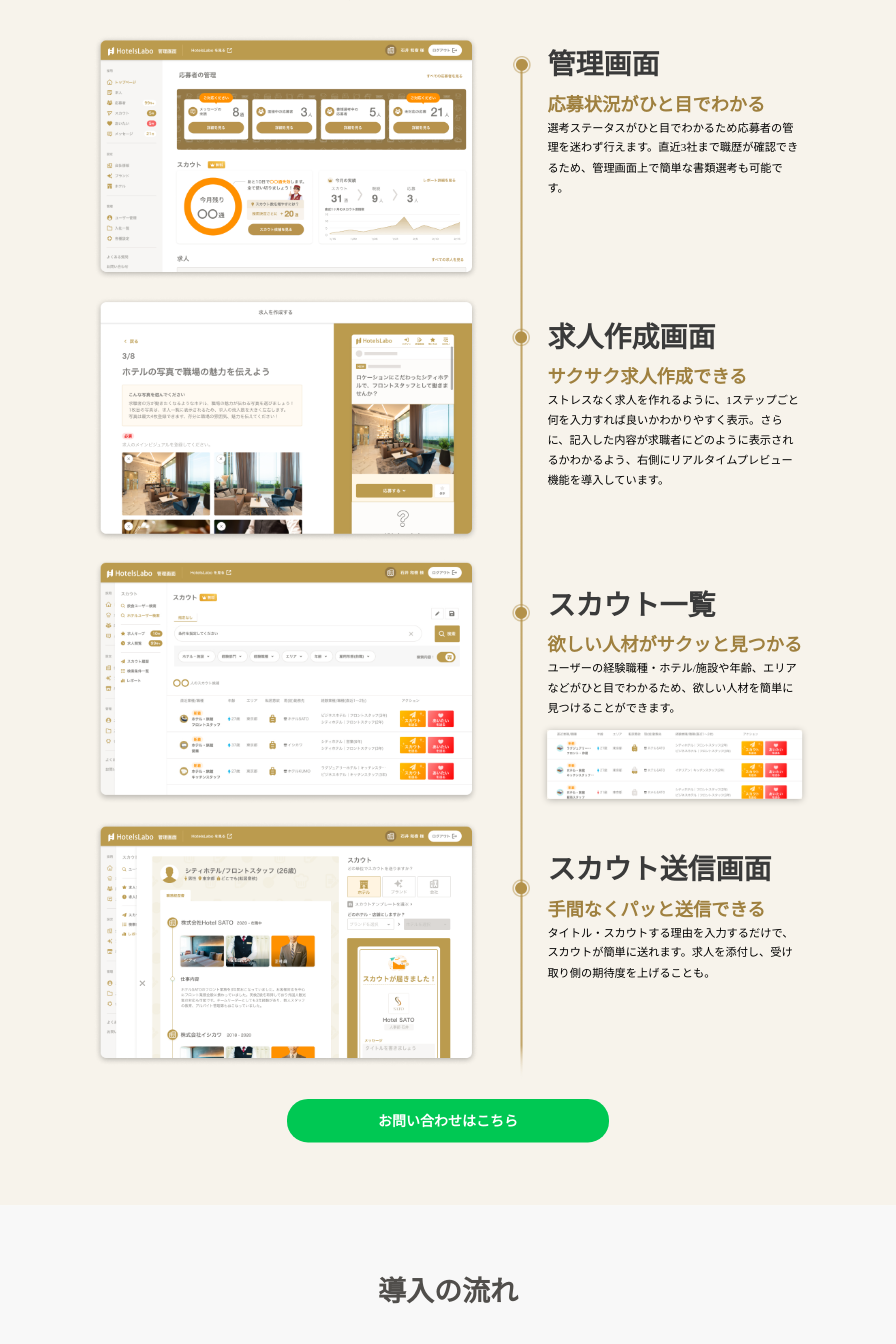
Repository: FujieRyou/to_b_lp
Page: index.html
An editor plug-in stored every save of this project. The page is shown before and after the next save, followed by the edit.
The browser window is 1280 px wide. The pictures show the part of the page from y = 4580 to 6500 px (the page is 7104 px tall before and 7064 px after), at 70% of full size.
A picture or video elsewhere on the page could not be fetched, so the positions and the page height are approximate.

Above is the page before, as saved 2024-03-08 15:46:15.
Not found: index.js

### index.html
<!DOCTYPE html>
<html lang="ja">
    <head>
        <meta charset="utf-8">
        <meta http-equiv="X-UA-Compatible" content="ie=edge">
        <meta name="viewport" content="width=device-width,initial-scale=1.0,minimum-scale=1.0">
        <meta name="format-detection" content="telephone=no">
        <meta name="keywords" content="">
        <meta name="description" content="ここに説明文を設定">
        <meta name="twitter:card" content="summary">
        <meta name="twitter:site" content="@twitteraccount">
        <meta property="og:site_name" content="サイト名">
        <meta property="og:title" content="サイトタイトル">
        <meta property="og:description" content="サイト説明文">
        <meta property="og:url" content="https://www.hogehoge.com">
        <meta property="og:image" content="https://www.hogehoge.com./hoge.jpg">
        <meta property="og:image:type" content="image/jpeg">
        <meta property="og:image:width" content="600">
        <meta property="og:image:height" content="400">
        <meta property="og:type" content="website">
        <title>ホテルズラボ｜ホテルの求人・旅館の転職情報</title>
        <link rel="stylesheet" href="ress.css">
        <link rel="stylesheet" href="style.css">
    </head>
    <body>
        <main>
            <section>
                <div class="firstViewWrap">
                    <div class="firstViewEffect">
                        <div class="contentWrap">
                            <div>
                                <header>
                                    <h1>
                                        <img src="img/ロゴ.svg" alt="ホテルズラボのロゴ" class="logo">
                                    </h1>
                                </header>
                                <img src="img/firstViewの葵さんとその他売り文句.png" alt="firstViewの葵さんとその他売り文句" class="firstViewMainImg">
                            </div>
                            <!-- form -->
                            <div>
                                <form action="" class="formWrap">
                                    <div class="formFlexStyle">
                                        <label for="companyName"><span>必須</span>会社名</label>
                                        <input type="text">
                                    </div>
                                    <div class="formFlexStyle">
                                        <label for="companyName"><span>必須</span>担当者名</label>
                                        <input type="text">
                                    </div>
                                    <div class="formFlexStyle">
                                        <label for="companyName"><span>必須</span>連絡先電話番号</label>
                                        <input type="text">
                                    </div>
                                    <div class="formFlexStyle">
                                        <label for="companyName"><span>必須</span>メールアドレス</label>
                                        <input type="text">
                                    </div>
                                    <div class="formFlexStyle">
                                        <label for="companyName"><span>任意</span>お問い合わせ内容</label>
                                        <textarea name="" id="" cols="30" rows="10"></textarea>
                                    </div>
                                    <p><a href="#">プライバシーポリシー</a>と<a href="#">利用規約</a>をお読みくださいませ。</p>
                                    <div class="consent">
                                        <input type="checkbox">
                                        <label for="">利用規約に同意する</label>
                                    </div>
                                    <button type="submit">問い合わせる</button>
                                </form>
                            </div>
                        </div>
                    </div>
                </div>
            </section>
            <!-- 動く会社のロゴ -->
            <section>
                <div>
                    <ul>
                        <li></li>
                    </ul>
                </div>
            </section>
            <section>
                <div class="specializedIntroductionWrap">
                    <h2><span>ホテル・旅館業界特化の</span><br>成果報酬型 採用DXプラットフォーム</h2>
                    <div class="featuresWrap">
                        <div class="featuresFlexWrap">
                            <img src="img/求人掲載.png" alt="求人掲載画像">
                            <img src="img/ダイレクトリクルーティング.png" alt="ダイレクトリクルーティング画像">
                            <img src="img/エージェントサポート.png" alt="エージェントサポート画像">
                        </div>
                    </div>
                </div>
            </section>
            <section>
                <div class="hotelsLabo4ReasonsWrap">
                    <h2><img src="img/ホテルズラボが選ばれる4つの理由.png" alt="ホテルズラボが選ばれる4つの理由"></h2>
                    <article>
                        <div class="reasonWrap">
                            <figure>
                                <img src="img/performanceReward.jpg" alt="成果報酬型グラフ">
                            </figure>
                            <div class="performanceRewardExplanationWrap">
                                <img src="img/reason1.png" alt="理由01/04">
                                <h3>成果報酬型で<br>かけ捨てリスクゼロな<br>採用</h3>
                                <p>採用までは0円なので、面接でじっくり自社に合う人材か見定められます。求人広告には手を出しにくかった企業様も気軽に採用活動を始められます。</p>
                            </div>
                        </div>
                    </article>
                    <article>
                        <div class="reasonWrap">
                            <figure>
                                <img src="img/JobCreation.png" alt="">
                            </figure>
                            <div class="performanceRewardExplanationWrap">
                                <img src="img/reason2.png" alt="理由02/04">
                                <h3>ホテル求人作り放題・<br>掲載期限も無制限</h3>
                                <p>好きなだけ求人を作成して、欲しいホテル人材へアピールできます。さらに、求人を作成する過程で会社・ブランド特設ページが出来上がり、会社・ブランド単位でのアピールも可能です。</p>
                            </div>
                        </div>
                    </article>
                    <article>
                        <div class="reasonWrap">
                            <figure>
                                <img src="img/scout.png" alt="">
                            </figure>
                            <div class="performanceRewardExplanationWrap">
                                <img src="img/reason3.png" alt="理由03/04">
                                <h3>スカウト無料！<br>ホテル人材に<br>アプローチができる</h3>
                                <p>採用したい人材の職種、働いていたホテル・施設を指定し無料でスカウトが送れます。採用したいホテル人材へダイレクトにアプローチすることができます。</p>
                                <img src="img/approachSmall.png" alt="スカウトアプローチの小さい方" class="approachSmall">
                            </div>
                        </div>
                    </article>
                    <article>
                        <div class="reasonWrap reason04">
                            <figure>
                                <img src="img/agentFemale.jpg" alt="">
                            </figure>
                            <div class="performanceRewardExplanationWrap">
                                <img src="img/reason4.png" alt="理由04/04">
                                <h3>エージェントサポートでマッチしたホテル人材をご紹介</h3>
                                <p>企業様が求人を作成し、採用活動をするのとは別に、弊社キャリアアドバイザーが募集要件にマッチした人材をご推薦することも可能です。エージェントサポートでは、面接の日程調整や条件交渉、入社までのサポートを行います。</p>
                            </div>
                        </div>
                    </article>
                    <button type="button"><a href="#">話を聞いてみる</a></button>
                </div>
            </section>
            <section>
                <div class="managementScreenWrap">
                    <h2><img src="img/managementScreenText.png" alt="とにかく使いやすい管理画面"></h2>
                    <p>直感的に操作できる仕様で、採用媒体や求人作成に慣れていない方でも<br>手間取ることなくご利用いただけます。</p>
                    <div class="managementScreenDetailWrap">
                        <div class="managementImgWrap">
                            <img src="img/management1.png" alt="管理画面画像">
                            <img src="img/management2.png" alt="求人作成画面画像">
                            <img src="img/management3.png" alt="スカウト一覧画像">
                            <img src="img/management4.png" alt="スカウト送信画面画像">
                        </div>
                        <img src="img/verticalBorder.png" alt="使いやすい管理画面の縦線">
                        <div class="managementTextWrap">
                            <div class="managementTextTopic">
                                <h3>管理画面</h3>
                                <h4>応募状況がひと目でわかる</h4>
                                <p>選考ステータスがひと目でわかるため応募者の管理を迷わず行えます。直近3社まで職歴が確認できるため、管理画面上で簡単な書類選考も可能です。</p>
                            </div>
                            <div class="managementTextTopic">
                                <h3>求人作成画面</h3>
                                <h4>サクサク求人作成できる</h4>
                                <p>ストレスなく求人を作れるように、1ステップごと何を入力すれば良いかわかりやすく表示。さらに、記入した内容が求職者にどのように表示されるかわかるよう、右側にリアルタイムプレビュー機能を導入しています。</p>
                            </div>
                            <div class="managementTextTopic">
                                <h3>スカウト一覧</h3>
                                <h4>欲しい人材がサクッと見つかる</h4>
                                <p>ユーザーの経験職種・ホテル/施設や年齢、エリアなどがひと目でわかるため、欲しい人材を簡単に見つけることができます。</p>
                                <img src="img/scoutTextImg.png" alt="スカウト一覧の挿入画像">
                            </div>
                            <div class="managementTextTopic">
                                <h3>スカウト送信画面</h3>
                                <h4>手間なくパッと送信できる</h4>
                                <p>タイトル・スカウトする理由を入力するだけで、スカウトが簡単に送れます。求人を添付し、受け取り側の期待度を上げることも。</p>
                            </div>
                        </div>
                    </div>
                    <button type="button"><a href="#">お問い合わせはこちら</a></button>
                </div>
            </section>
            <section>
                <div class="introductionFlowWrap">
                    <h2>導入の流れ</h2>
                    <img src="img/stepLine.png" alt="導入の流れstep">
                    <div class="introductionFlowFlexWrap">
                        <div class="introductionStepWrap">
                            <img src="img/introductionStep1.png" alt="">
                            <h3>お問い合せ</h3>
                            <p>貴社の現状に合わせたプランをご案内いたします。まずはお気軽にお問い合わせください。</p>
                        </div>
                        <div class="introductionStepWrap">
                            <img src="img/introductionStep2.png" alt="">
                            <h3>求人作成</h3>
                            <p>管理画面より求人の作成を行なって頂きます。作成経験がない方でもスムーズに作成いただけます。</p>
                        </div>
                        <div class="introductionStepWrap">
                            <img src="img/introductionStep3.png" alt="">
                            <h3>運用開始/サポート</h3>
                            <p>プロ目線で求人内容のアドバイス等、採用のサポートを致します。自社運用型が初めての企業様も、安心して採用活動を進めて頂けます。</p>
                        </div>
                    </div>
                </div>
            </section>
            <section>
                <div>
                    <h2>よくある質問</h2>
                </div>
            </section>
            <section>
                <div>
                    <h2>まずは気軽にお問い合わせください</h2>
                </div>
            </section>
        </main>
        <footer>
            <h2>お電話でのお問い合わせはこちら</h2>
        </footer>
        <script src="index.js"></script>
    </body>
</html>

### style.css
body{
    overflow-x: hidden;
}
.firstViewWrap{
    width: 100vw;
    height: 570px;
    background-image: url("./img/bgcMain.png");
}

.firstViewEffect{
    width: 100%;
    height: 100%;
    background-image: url("./img/bgcBler.png");
    overflow: hidden;
}

.contentWrap{
    max-width: 1080px;
    height: auto;
    margin: 0 auto;
    display: flex;
}

header{
    padding: 30px 0px 0px 20px;
}

.firstViewMainImg{
    width: 740px;
    margin-top: 20px;
}






/* formstyle */

form{
    width: 369px;
    padding: 24px 20px;
    background-color: rgba(255, 255, 255, 1);
}

.formFlexStyle{
    display: flex;
    flex-direction: column;
}

.formDetail{
    margin: 0 auto;
}

.formFlexStyle > label{
    font-size: 16px;
    font-weight: bold;
    margin-bottom: 4px;
    display: flex;
    align-items: center;
}

.formFlexStyle > label > span{
    background-color: rgba(217, 132, 33, 1);
    color: #fff;
    font-size: 13px;
    border-radius: 2px;
    margin-right: 9px;
    padding: 4px 8px;
}

.formFlexStyle > input{
    width: 328px;
    height: 39px;
    border: solid 1.03px rgba(230, 230, 230, 1);
    background-color: rgba(255, 248, 237, 1);
    margin-bottom: 12px;
}

.formFlexStyle > textarea{
    width: 328.65px;
    height: 78.05px;
    border: solid 1.03px rgba(230, 230, 230, 1);
    background-color: rgba(249, 249, 249, 1);
}

.formWrap > p{
    font-size: 11px;
    text-align: center;
    margin-top: 4px;
}

.consent{
    display: flex;
    align-items: center;
    justify-content: center;
    margin-top: 1px;
}

.consent > label{
    font-size: 12px;
    font-weight: bold;
    margin-left: 6px;
}

.formWrap > button{
    display: block;
    width: 203.35px;
    height: 50px;
    background-color: rgba(0, 200, 83, 1);
    border: solid 2px rgba(0, 200, 83, 1);
    color: #fff;
    border-radius: 30px;
    margin: 0 auto;
    font-size: 14px;
    margin-top: 8px;
    font-weight: bold;
}

.specializedIntroductionWrap{
    margin-top: 35px;
}

.specializedIntroductionWrap > h2{
    text-align: center;
    font-size: 40px;
}

.specializedIntroductionWrap > h2 > span{
    color: rgba(179, 145, 73, 1);
}

.featuresWrap{
    width: 100%;
    height: 240px;
    background-color: rgba(245, 240, 232, 1);
}

.featuresFlexWrap{
    display: flex;
    align-items: center;
    justify-content: center;
    gap: 50px;
    width: 100%;
    margin-top: 80px;
}

.featuresFlexWrap > img{
    width: 270px;
    height: 340px;
    margin-top: -45px;
}

.hotelsLabo4ReasonsWrap{
    background-color: rgba(248, 248, 248, 1);
    padding-top: 120px;
    padding-bottom: 90px;
}

.hotelsLabo4ReasonsWrap > button{
    display: block;
    width: 460px;
    height: 62px;
    background-color: rgba(0, 200, 83, 1);
    border-radius: 30px;
    margin: 0 auto;
    font-size: 20px;
    font-weight: bold;
}

.hotelsLabo4ReasonsWrap > button > a{
    display: flex;
    align-items: center;
    justify-content: center;
    width: 100%;
    height: 100%;
    color: rgba(255, 255, 255, 1);
    text-decoration: none;
}

.hotelsLabo4ReasonsWrap h2{
    width: 437px;
    margin: 0 auto;
    margin-bottom: 65px;
}

.hotelsLabo4ReasonsWrap > h2 > img{
    width: 100%;
}

.reasonWrap{
    width: 100%;
    display: flex;
    margin-bottom: 80px;
}

.reason04{
    margin-bottom: 30px;
}

.reasonWrap figure{
    width: 55%;
}

.reasonWrap figure img{
    width: 100%;
}

.performanceRewardExplanationWrap{
    width: 40%;
    margin: 0 0 0 auto;
    padding: 28px 20px 0 0px;
}

.performanceRewardExplanationWrap img{
    width: 100%;
}

.performanceRewardExplanationWrap h3{
    max-width: 400px;
    margin: 14px 0px 18px 0px;
    font-size: 38px;
    font-weight: bold;
    line-height: 130%;
    color: rgba(58, 58, 58, 1);
}

.performanceRewardExplanationWrap p{
    max-width: 400px;
    line-height: 180%;
}

.approachSmall{
    margin-top: 66px;
}

.managementScreenWrap{
    background-color: rgba(247, 243, 235, 1);
    padding: 90px 0px 90px 0px;
}

.managementScreenWrap h2{
    width: 574px;
    margin: 0 auto;
}

.managementScreenWrap h2 img{
    width: 100%;
}

.managementScreenWrap > p{
    font-size: 18px;
    line-height: 180%;
    text-align: center;
    margin-top: 16px;
}

.managementScreenDetailWrap{
    display: flex;
    justify-content: center;
    width: 1020px;
    margin: 0 auto;
    padding-top: 40px;
}

.managementScreenDetailWrap > img{
    height: 1465px;
    margin: 30px 24px 0px 48px;
}

.managementImgWrap{
    width: 550px;
}

.managementImgWrap > img{
    width: 100%;
    margin-bottom: 20px;
}

.managementTextWrap{
    margin-top: 10px;
}

.managementTextTopic{
    width: 364px;
    margin-bottom: 165px;
}

.managementTextTopic > h3{
    font-size: 40px;
    color: rgba(58, 58, 58, 1);
}

.managementTextTopic > h4{
    font-size: 26px;
    color: rgba(159, 128, 63, 1);
    margin-top: 10px;
}

.managementTextTopic > p{
    margin-top: 4px;
    line-height: 28.8px;
}

.managementTextTopic > img{
    width: 100%;
    margin-top: 16px;
    box-shadow: 0px 2px 10px 0px rgba(0, 0, 0, 0.30);
}

.managementTextTopic:nth-child(2){
    margin-bottom: 130px;
}

.managementTextTopic:nth-child(3){
    margin-bottom: 65px;
}

.managementScreenWrap > button{
    display: block;
    width: 460px;
    height: 62px;
    background-color: rgba(0, 200, 83, 1);
    border-radius: 30px;
    margin: 0 auto;
    font-size: 20px;
    font-weight: bold;
}

.managementScreenWrap > button > a{
    display: flex;
    align-items: center;
    justify-content: center;
    width: 100%;
    height: 100%;
    color: rgba(255, 255, 255, 1);
    text-decoration: none;
}

.introductionFlowWrap{
    background-color: rgba(248, 248, 248, 1);
    padding: 90px;
}

.introductionFlowWrap > h2{
    font-size: 40px;
    text-align: center;
    color: rgba(80, 78, 75, 1);
    margin-bottom: 56px;
}

.introductionFlowWrap > img{
    width: 791px;
    display: block;
    margin: 0 auto;
}

.introductionFlowFlexWrap{
    width: 980px;
    display: flex;
    gap: 40px;
    margin: 0 auto;
    margin-top: 36px;
}

.introductionStepWrap{
    width: 300px;
}

.introductionStepWrap > img{
    width: 300px;
}

.introductionStepWrap > h3{
    font-size: 24px;
    color: rgba(159, 128, 63, 1);
    text-align: center;
}

Loaded but not shown: ress.css (282 lines, source omitted)

After the next save:
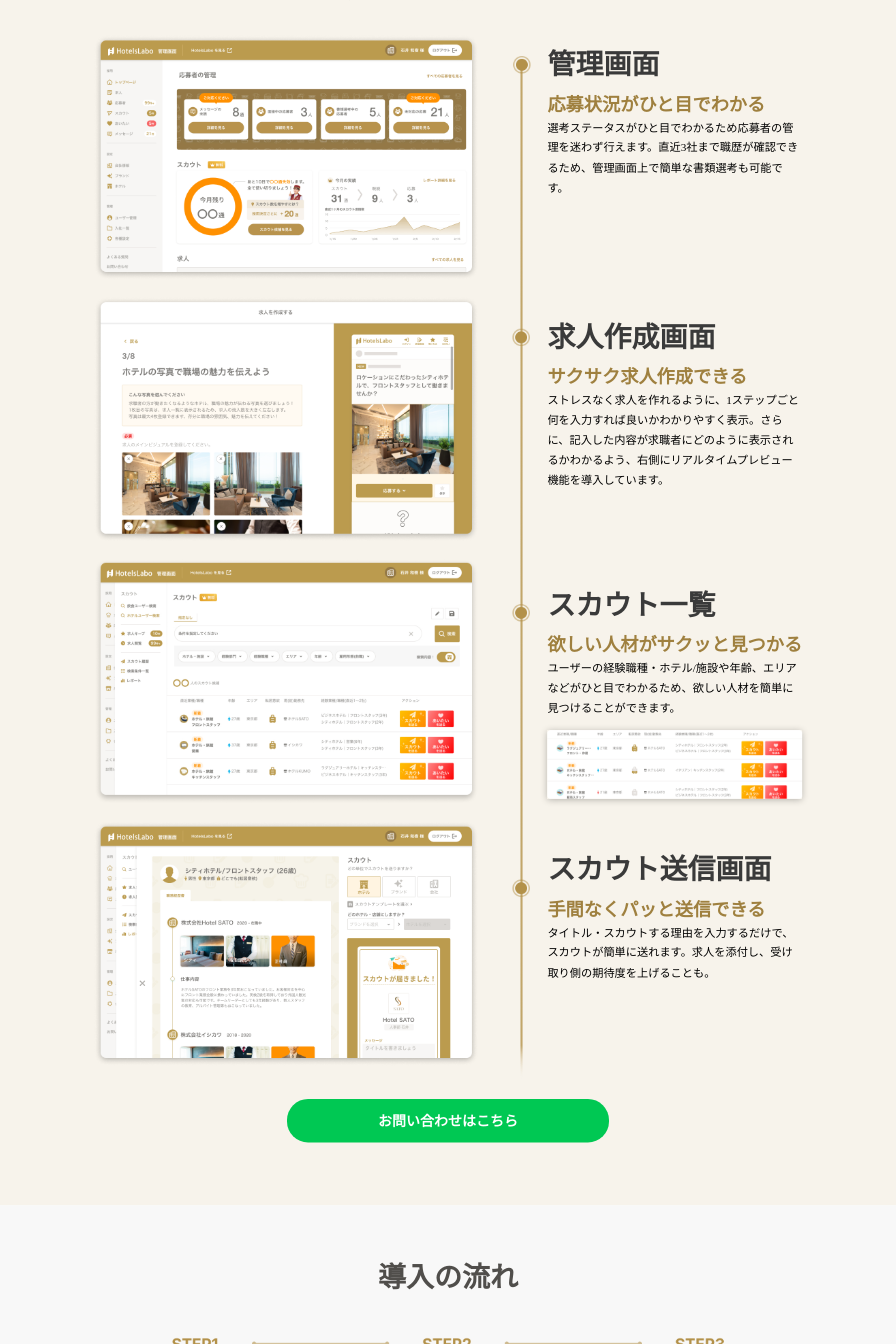
Saved 96 s later.
--- a/style.css
+++ b/style.css
@@ -339,7 +339,7 @@
 
 .introductionFlowWrap{
     background-color: rgba(248, 248, 248, 1);
-    padding: 90px;
+    padding: 70px 0px;
 }
 
 .introductionFlowWrap > h2{
